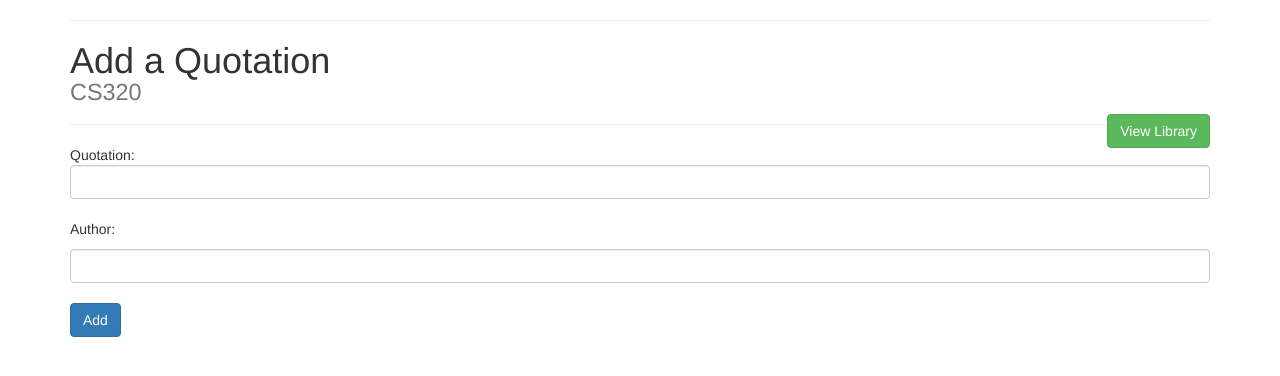
Repository: JamesPatel37/Java-Development-II-III
Page: http://localhost/CS320/AddQuotationController
An editor plug-in stored every save of this project. The page is shown before and after the next save, followed by the edit.
The browser window is 1280 px wide. The pictures show the whole page.
The page is served by Tomcat 9. Queries for data that is not in the repository find no rows.

Above is the page before, as saved 2015-06-12 04:33:38.

After the next save:
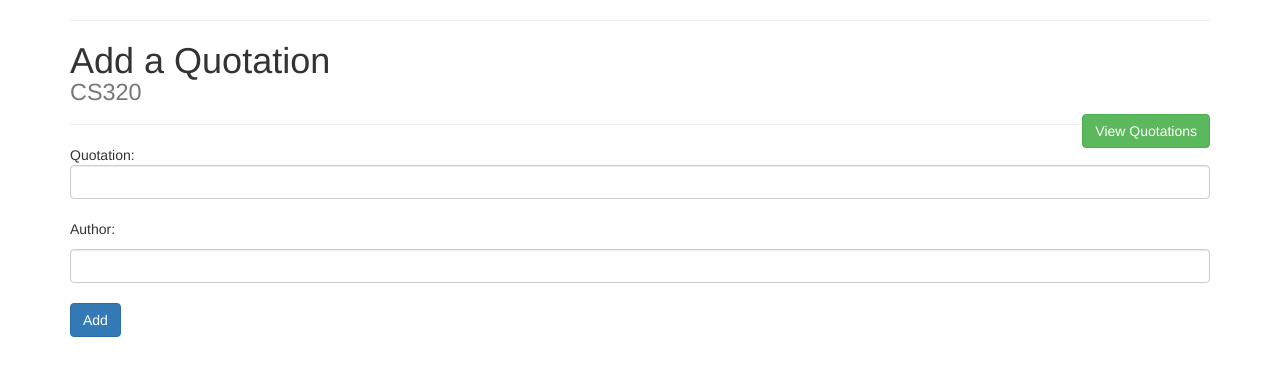
Saved 3 min 44 s later.
--- a/Workspace/CS320/WebContent/AddQuotationView.jsp
+++ b/Workspace/CS320/WebContent/AddQuotationView.jsp
@@ -15,7 +15,7 @@
 <hr>
 		<h1>Add a Quotation<br/><small>CS320</small></h1>
 		<p class='pull-right'>
-		<a href='Library' class='btn btn-success'>View Library</a></p>
+		<a href='QuotationController' class='btn btn-success'>View Quotations</a></p>
 <hr/>
 
 <c:if test="${not empty quotationError}"> ${quotationError}</c:if>
